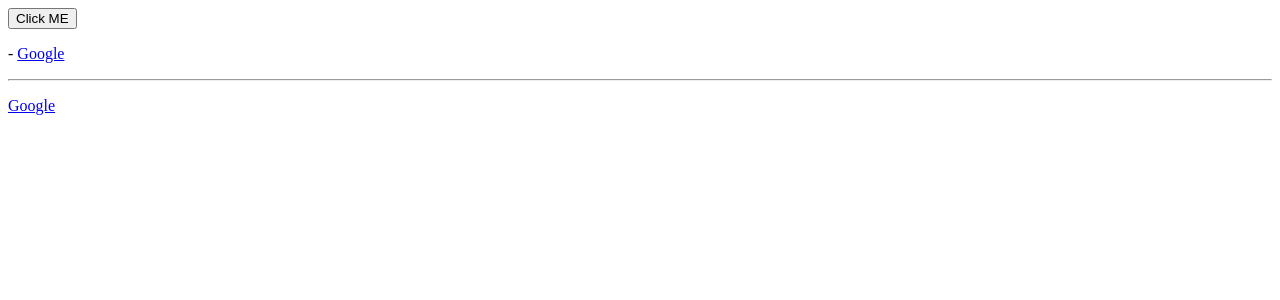
Repository: Samtrapskin/Time-to-learn-Vue.JS
Page: index.html
These files come from the project's save history. The page is drawn as it stood at one moment and after the next save; the edit follows.
The browser window is 1280 px wide. The pictures show the whole page.
Some web libraries are served in a nearby version.

Above is the page before, as saved 2018-06-29 12:48:48.

After the next save:
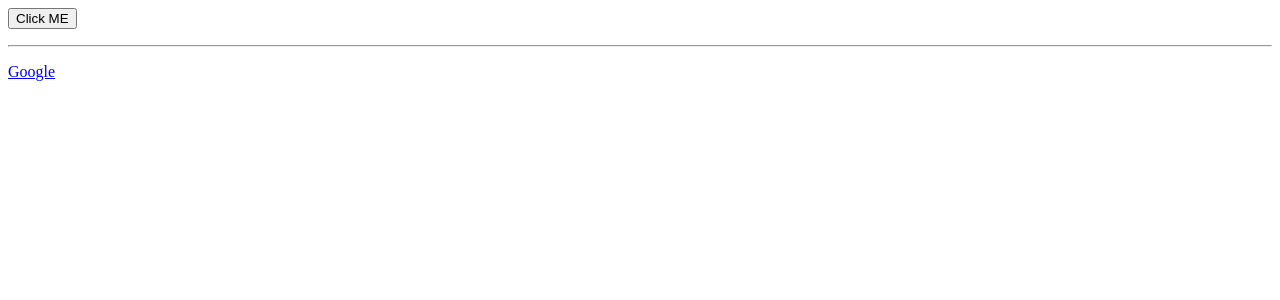
Saved 9 s later.
--- a/index.html
+++ b/index.html
@@ -16,7 +16,7 @@
     <div id="app">
         <button>Click ME</button>
         <p>
-            {{ counter}} - <a v-bind:href ="link">Google</a>
+            {{ counter}}
         </p>
         <hr>
         <p v-html ='finishedLink'>
